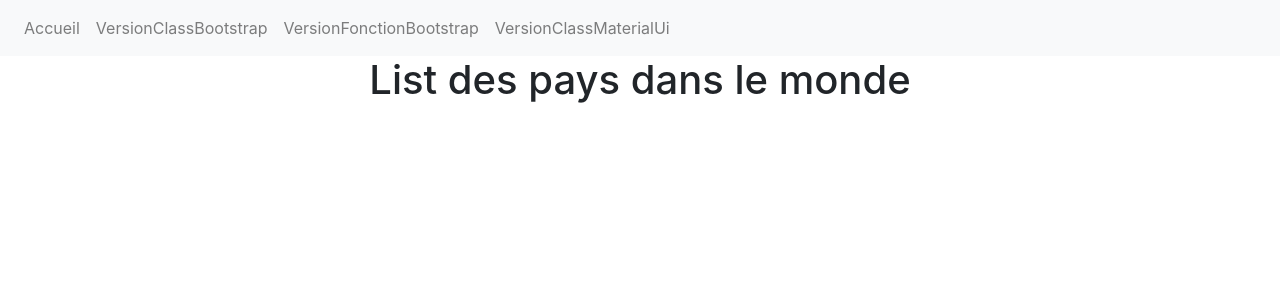
Repository: LudovicB21/CountryTest
Page: /VersionClassBootstrap
An editor plug-in stored every save of this project. The page is shown before and after the next save, followed by the edit.
The browser window is 1280 px wide. The pictures show the whole page.
The page's requests for data from a server got no answer. The project was rebuilt for these pictures with package versions that can differ from the ones it lists, and the page was loaded fresh each time. No one was signed in, and anything a server would have sent is missing. Also part of the build but not shown: src/components/VersionClassMaterialUi/ListPays.components.js, src/components/VersionFonctionBoostrap/ListPays.components.js, src/components/Accueil.js, src/components/VersionClassBootstrap/InfoPays.components.js, src/components/VersionClassMaterialUi/InfoPays.components.js, src/components/VersionFonctionBoostrap/InfoPays.components.js.

Above is the page before, as saved 2020-10-29 10:11:22.

After the next save:
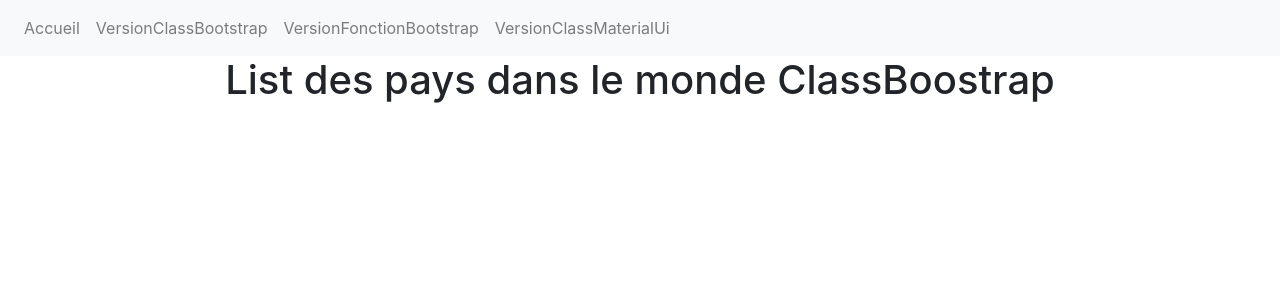
Saved 12 s later.
--- a/src/components/VersionClassBootstrap/ListPays.components.js
+++ b/src/components/VersionClassBootstrap/ListPays.components.js
@@ -19,7 +19,7 @@ class Pays extends Component{
   render(){
     return(
       <div className="container">
-        <h1>List des pays dans le monde </h1>
+        <h1>List des pays dans le monde ClassBoostrap </h1>
           <ul className="list-group">
             {this.state.items.map(pays => {
               return (<Link to={{pathname: `/VersionClassBootstrap/${pays.name}`, query: {pays}}}>
